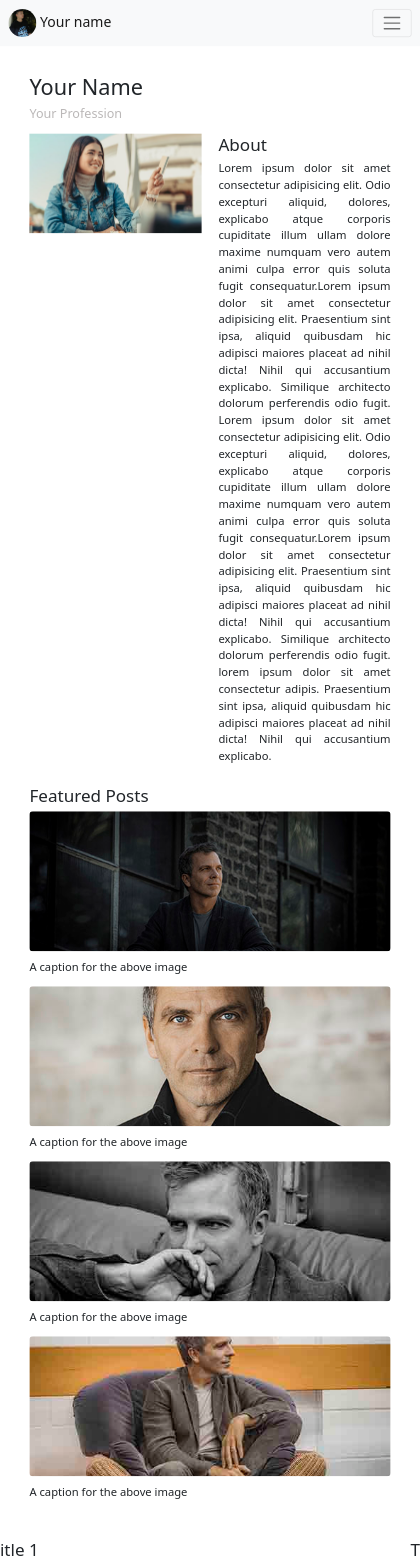
Repository: nvt01/72_1951061106_NgoVanTung
Page: BaiTh1/index.html
These files come from the project's save history. The page is drawn as it stood at one moment and after a run of saves; the edit follows.
The browser window is 600 px wide. The pictures show the part of the page from y = 0 to 2240 px (the page is 4331 px tall before and 4643 px after), at 70% of full size.

Above is the page before, as saved 2021-12-01 11:18:05.

### BaiTh1/index.html
<!DOCTYPE html>
<html lang="en">
<head>
    <meta charset="UTF-8">
    <meta http-equiv="X-UA-Compatible" content="IE=edge">
    <meta name="viewport" content="width=device-width, initial-scale=1.0">
    <title>Blog</title>
    <link rel="stylesheet" href="style.css">
    <!-- CSS only -->
    <link href="https://cdn.jsdelivr.net/npm/bootstrap@5.1.3/dist/css/bootstrap.min.css" rel="stylesheet" integrity="sha384-1BmE4kWBq78iYhFldvKuhfTAU6auU8tT94WrHftjDbrCEXSU1oBoqyl2QvZ6jIW3" crossorigin="anonymous">
    <!-- JavaScript Bundle with Popper -->
    <script src="https://cdn.jsdelivr.net/npm/bootstrap@5.1.3/dist/js/bootstrap.bundle.min.js" integrity="sha384-ka7Sk0Gln4gmtz2MlQnikT1wXgYsOg+OMhuP+IlRH9sENBO0LRn5q+8nbTov4+1p" crossorigin="anonymous"></script>
</head>
<body>
    <div class="menu">
        <nav class="navbar navbar-expand-lg navbar-light bg-light">
            <div class="container-fluid">
                <a class="navbar-brand" href="#">
                    <img class="nav-img" src="./img/avatar.JPG" alt="">
                    Your name
                </a>
                <button class="navbar-toggler" type="button" data-bs-toggle="collapse" data-bs-target="#navbarSupportedContent" aria-controls="navbarSupportedContent" aria-expanded="false" aria-label="Toggle navigation">
                    <span class="navbar-toggler-icon"></span>
                </button>
                <div class=" collapse navbar-collapse" id="navbarSupportedContent">
                    <ul class="navbar-nav me-auto mb-2 mb-lg-0">
                        <li class="nav-item">
                            <a class="nav-link active" aria-current="page" href="#">Home</a>
                        </li>
                        <li class="nav-item">
                            <a class="nav-link" href="#">Featured</a>
                        </li>
                        <li class="nav-item">
                            <a class="nav-link" href="#">View Post</a>
                        </li>
                    </ul>
                </div>
            </div>
        </nav>
    </div>

    <div class="main">
        <div class="container">
            <div class="row">
                <h1 class="h1">Your Name</h1>
                <h3 class="h3">Your Profession</h3>
                <div class="col">
                    <img src="./img/img1.jpeg" alt="">
                </div>
                <div class="col content">
                    <h3>About</h3>
                    <span>Lorem ipsum dolor sit amet consectetur adipisicing elit. Odio excepturi aliquid, dolores, explicabo atque corporis cupiditate illum ullam dolore maxime numquam vero autem animi culpa error quis soluta fugit consequatur.Lorem ipsum dolor sit amet consectetur adipisicing elit. Praesentium sint ipsa, aliquid quibusdam hic adipisci maiores placeat ad nihil dicta! Nihil qui accusantium explicabo. Similique architecto dolorum perferendis odio fugit. Lorem ipsum dolor sit amet consectetur adipisicing elit. Odio excepturi aliquid, dolores, explicabo atque corporis cupiditate illum ullam dolore maxime numquam vero autem animi culpa error quis soluta fugit consequatur.Lorem ipsum dolor sit amet consectetur adipisicing elit. Praesentium sint ipsa, aliquid quibusdam hic adipisci maiores placeat ad nihil dicta! Nihil qui accusantium explicabo. Similique architecto dolorum perferendis odio fugit. lorem ipsum dolor sit amet consectetur adipis. Praesentium sint ipsa, aliquid quibusdam hic adipisci maiores placeat ad nihil dicta! Nihil qui accusantium explicabo.</span>
                </div>
            </div>
            <div class="row">
                <h3 class="h3-title">Featured Posts</h3>
                <div class="col-12 col-md-6 col-xs-12 col-lg-3">
                    <img class="image" src="./img/img2.jpeg" alt="">
                    <p>A caption for the above image</p>
                </div>
                <div class="col-12 col-md-6 col-xs-12 col-lg-3">
                    <img class="image" src="./img/img3.jpeg" alt="">
                    <p>A caption for the above image</p>
                </div>
                <div class="col-12 col-md-6 col-xs-12 col-lg-3">
                    <img class="image" src="./img/img5.jpeg" alt="">
                    <p>A caption for the above image</p>
                </div>
                <div class="col-12 col-md-6 col-xs-12 col-lg-3">
                    <img class="image" src="./img/img6.jpeg" alt="">
                    <p>A caption for the above image</p>
                </div>
            </div>
        </div>
    </div>

    <div class="title">
        <!-- <div class="row">
            <div class="col">
                <h3>Title 1</h3>
                <p class="title-text">Lorem ipsum dolor sit amet consectetur adipisicing elit. Harum nobis deleniti nostrum eveniet ducimus? Consectetur, aliquam nulla dignissimos accusantium cum ipsam doloribus debitis nobis commodi labore laudantium corporis repellat quam. lorem ipsum dolor sit amet consectetur adipis</p>
            </div>
            <div class="col">
                <h3>Title 2</h3>
                <p class="title-text">Lorem ipsum dolor sit amet consectetur adipisicing elit. Harum nobis deleniti nostrum eveniet ducimus? Consectetur, aliquam nulla dignissimos accusantium cum ipsam doloribus debitis nobis commodi labore laudantium corporis repellat quam. lorem ipsum dolor sit amet consectetur adipis</p>
            </div>
        </div> -->
        <div>
            <div id="carouselExampleControls" class="carousel slide" data-bs-ride="carousel">
                <div class="carousel-inner">
                    <div class="carousel-item active">
                        <div class="row">
                            <div class="col-md-6">
                                <div class="singer-box content">
                                    <h3>Title 1</h3>
                                    <p class="title-text">Lorem ipsum dolor sit amet consectetur adipisicing elit. Harum nobis deleniti nostrum eveniet ducimus? Consectetur, aliquam nulla dignissimos accusantium cum ipsam doloribus debitis nobis commodi labore laudantium corporis repellat quam. lorem ipsum dolor sit amet consectetur adipis</p>
                                </div>
                            </div>
                            <div class="col-md-6">
                                <div class="singer-box content">
                                    <h3>Title 2</h3>
                                    <p class="title-text">Lorem ipsum dolor sit amet consectetur adipisicing elit. Harum nobis deleniti nostrum eveniet ducimus? Consectetur, aliquam nulla dignissimos accusantium cum ipsam doloribus debitis nobis commodi labore laudantium corporis repellat quam. lorem ipsum dolor sit amet consectetur adipis</p>
                                </div>
                            </div>
                        </div>
                    </div>

                    <div class="carousel-item">
                        <div class="row">
                            <div class="col-md-6">
                                <div class="singer-box content">
                                    <h3>Title 3</h3>
                                    <p class="title-text">Lorem ipsum dolor sit amet consectetur adipisicing elit. Harum nobis deleniti nostrum eveniet ducimus? Consectetur, aliquam nulla dignissimos accusantium cum ipsam doloribus debitis nobis commodi labore laudantium corporis repellat quam. lorem ipsum dolor sit amet consectetur adipis</p>
                                </div>
                            </div>
                            <div class="col-md-6">
                                <div class="singer-box content">
                                    <h3>Title 4</h3>
                                    <p class="title-text">Lorem ipsum dolor sit amet consectetur adipisicing elit. Harum nobis deleniti nostrum eveniet ducimus? Consectetur, aliquam nulla dignissimos accusantium cum ipsam doloribus debitis nobis commodi labore laudantium corporis repellat quam. lorem ipsum dolor sit amet consectetur adipis</p>
                                </div>
                            </div>
                        </div>
                    </div>
                </div>
                <button class="carousel-control-prev" type="button" data-bs-target="#carouselExampleControls" data-bs-slide="prev">
                    <span class="carousel-control-prev-icon" aria-hidden="true"></span>
                    <span class="visually-hidden">Previous</span>
                </button>
                <button class="carousel-control-next" type="button" data-bs-target="#carouselExampleControls" data-bs-slide="next">
                    <span class="carousel-control-next-icon" aria-hidden="true"></span>
                    <span class="visually-hidden">Next</span>
                </button>
            </div>
        </div>
    </div>

    <div class="contact">
        <div class="container">
            <div class="row">
                <h2>Contact (Your Name)</h2>
                <form class="row g-3 needs-validation" novalidate>
                    <div class="col-md-4">
                        <label for="validationCustom01" class="form-label">First name</label>
                        <input type="text" class="form-control" id="validationCustom01" value="Mark" required>
                        <div class="valid-feedback">
                            Looks good!
                        </div>
                    </div>
                    <div class="col-md-4">
                        <label for="validationCustom02" class="form-label">Last name</label>
                        <input type="text" class="form-control" id="validationCustom02" value="Otto" required>
                        <div class="valid-feedback">
                            Looks good!
                        </div>
                    </div>
                    <div class="col-md-4">
                        <label for="validationCustomUsername" class="form-label">Username</label>
                        <div class="input-group has-validation">
                            <span class="input-group-text" id="inputGroupPrepend">@</span>
                            <input type="text" class="form-control" id="validationCustomUsername" aria-describedby="inputGroupPrepend" required>
                            <div class="invalid-feedback">
                            Please choose a username.
                            </div>
                        </div>
                    </div>
                    <div class="col-md-6">
                        <label for="validationCustom03" class="form-label">City</label>
                        <input type="text" class="form-control" id="validationCustom03" required>
                        <div class="invalid-feedback">
                            Please provide a valid city.
                        </div>
                    </div>
                    <div class="col-md-3">
                        <label for="validationCustom04" class="form-label">State</label>
                        <select class="form-select" id="validationCustom04" required>
                            <option selected disabled value="">Choose...</option>
                            <option>...</option>
                        </select>
                        <div class="invalid-feedback">
                            Please select a valid state.
                        </div>
                    </div>
                    <div class="col-md-3">
                        <label for="validationCustom05" class="form-label">Zip</label>
                        <input type="text" class="form-control" id="validationCustom05" required>
                        <div class="invalid-feedback">
                            Please provide a valid zip.
                        </div>
                    </div>
                    <div class="col-12">
                        <div class="form-check">
                            <input class="form-check-input" type="checkbox" value="" id="invalidCheck" required>
                            <label class="form-check-label" for="invalidCheck">
                            Agreed
                            </label>
                        <div class="invalid-feedback">
                            You must agree before submitting.
                        </div>
                    </div>
                    </div>
                    <div class="col-12">
                        <button class="btn btn-primary" type="submit">Submit Form</button>
                    </div>
                </form>
            </div>
        </div>
    </div>

    <footer class="text-center text-lg-start bg-light text-muted">
        <div>
            <a href="" class="me-4 text-reset">
            <i class="fab fa-facebook-f"></i>
            </a>
            <a href="" class="me-4 text-reset">
            <i class="fab fa-twitter"></i>
            </a>
            <a href="" class="me-4 text-reset">
            <i class="fab fa-google"></i>
            </a>
            <a href="" class="me-4 text-reset">
            <i class="fab fa-instagram"></i>
            </a>
            <a href="" class="me-4 text-reset">
            <i class="fab fa-linkedin"></i>
            </a>
            <a href="" class="me-4 text-reset">
            <i class="fab fa-github"></i>
            </a>
        </div>
        <section class="">
        <div class="container text-center text-md-start mt-5">
            <div class="row mt-3">
            <div class="col-md-3 col-lg-4 col-xl-3 mx-auto mb-4">
                <h6 class="text-uppercase fw-bold mb-4">
                <i class="fas fa-gem me-3"></i>Company name
                </h6>
                <p>
                Here you can use rows and columns to organize your footer content. Lorem ipsum
                dolor sit amet, consectetur adipisicing elit.
                </p>
            </div>
            <div class="col-md-2 col-lg-2 col-xl-2 mx-auto mb-4">
                <h6 class="text-uppercase fw-bold mb-4">
                Products
                </h6>
                <p>
                <a href="#!" class="text-reset">Angular</a>
                </p>
                <p>
                <a href="#!" class="text-reset">React</a>
                </p>
                <p>
                <a href="#!" class="text-reset">Vue</a>
                </p>
                <p>
                <a href="#!" class="text-reset">Laravel</a>
                </p>
            </div>
            <div class="col-md-3 col-lg-2 col-xl-2 mx-auto mb-4">
                <h6 class="text-uppercase fw-bold mb-4">
                Useful links
                </h6>
                <p>
                <a href="#!" class="text-reset">Pricing</a>
                </p>
                <p>
                <a href="#!" class="text-reset">Settings</a>
                </p>
                <p>
                <a href="#!" class="text-reset">Orders</a>
                </p>
                <p>
                <a href="#!" class="text-reset">Help</a>
                </p>
            </div>
            <div class="col-md-4 col-lg-3 col-xl-3 mx-auto mb-md-0 mb-4">
                <h6 class="text-uppercase fw-bold mb-4">
                Contact
                </h6>
                <p><i class="fas fa-home me-3"></i> Ha Noi, VN</p>
                <p>
                <i class="fas fa-envelope me-3"></i>
                ngotung180301@gmail.com
                </p>
                <p><i class="fas fa-phone me-3"></i>+84 393 072 588</p>
            </div>
            </div>
        </div>
        </section>
        <div class="text-center p-4" style="background-color: rgba(0, 0, 0, 0.05);">
            ©
            <a class="text-reset fw-bold" href="https://mdbootstrap.com/">Your name 9/2021</a>
        </div>
    </footer>
</body>
</html>

### BaiTh1/style.css
* {
    margin: 0;
    padding: 0;
    box-sizing: border-box;
}

:root {
    --text-color: rgb(187, 184, 184);
}

.menu {
}

.navbar {
    margin-bottom: 40px;
}

.nav-img {
    width: 40px;
    height: 40px;
    border-radius: 50%;
    object-fit: cover;
}

.content {
    text-align: justify;
}

.container-fluid .navbar-collapse {
    flex-grow: 0;
}

.container .h1 {
    font-weight: 400;
}

.container .h3 {
    padding-bottom: 10px;
    color: var(--text-color);
    font-size: 18px;
}

.image {
    border-radius: 5px;
    margin-bottom: 10px;
    width: 300px;
    height: 200px;
    object-fit: cover;
}

.h3-title {
    padding-top: 30px;
}

.singer-box {
    padding: 40px 20px;
}

.contact {
    margin: 20px 0 60px;
}

.text-center a {
    text-decoration: none;
    color: var(--text-color);
}

@media screen and (min-width: 1024px) {
    .container img {
        width: 100%;
    }
}

@media screen and (min-width: 768px) {
    .image {
        width: 100%;
        height: 200px;
    }
    .content h3{
        padding-top: 20px;
    }
}

@media screen and (max-width: 767px) {
    .image {
        width: 100%;
    }
    .main .col img {
        width: 100%;
    }
}


@media screen and (max-width: 374px) {
    .image {
        width: 20px;
        height: 20px;
    }

}

After the next 2 saves:
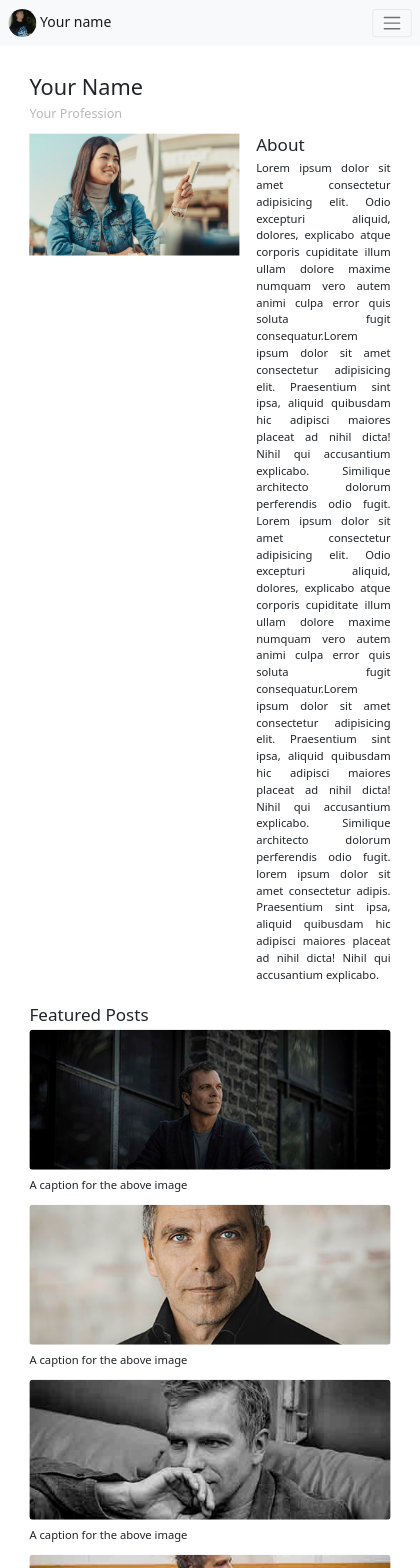
The 2 saves are shown as one change because they came seconds apart.
The last was saved 8 s later.
--- a/BaiTh1/style.css
+++ b/BaiTh1/style.css
@@ -86,7 +86,7 @@
         width: 100%;
     }
     .main .col img {
-        width: 100%;
+        width: 300px;
     }
 }
 
